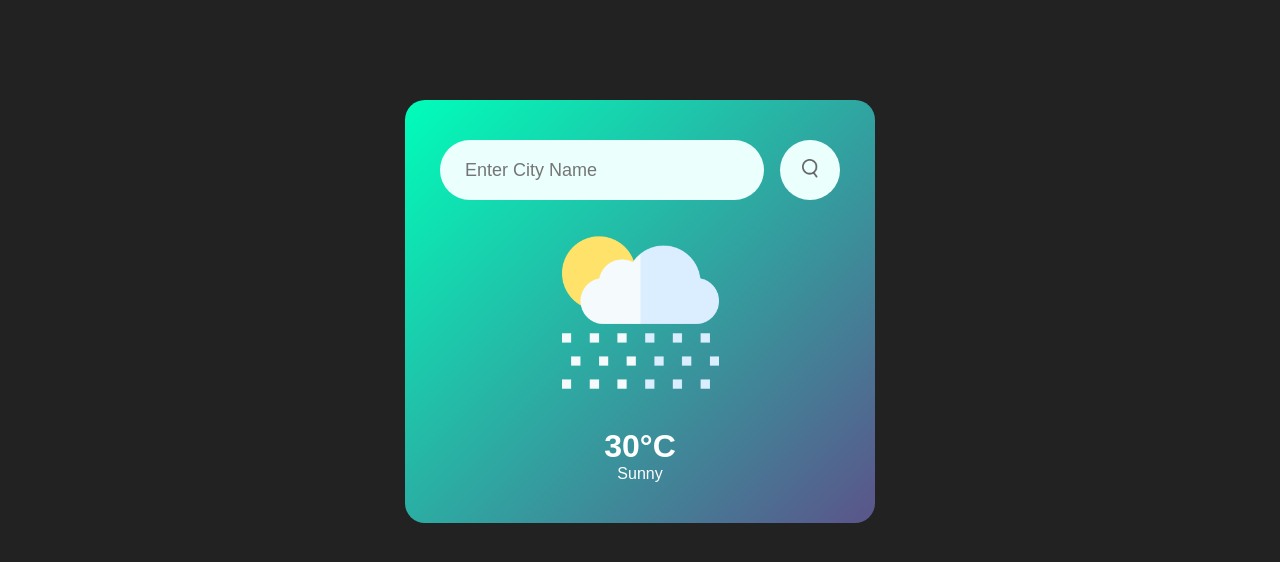
Repository: dubeprince/WeatherApp-Project
Page: WeatherApp/index.html
An editor plug-in stored every save of this project. The page is shown before and after the next save, followed by the edit.
The browser window is 1280 px wide. The pictures show the whole page.

Above is the page before, as saved 2023-05-26 10:57:39.

After the next save:
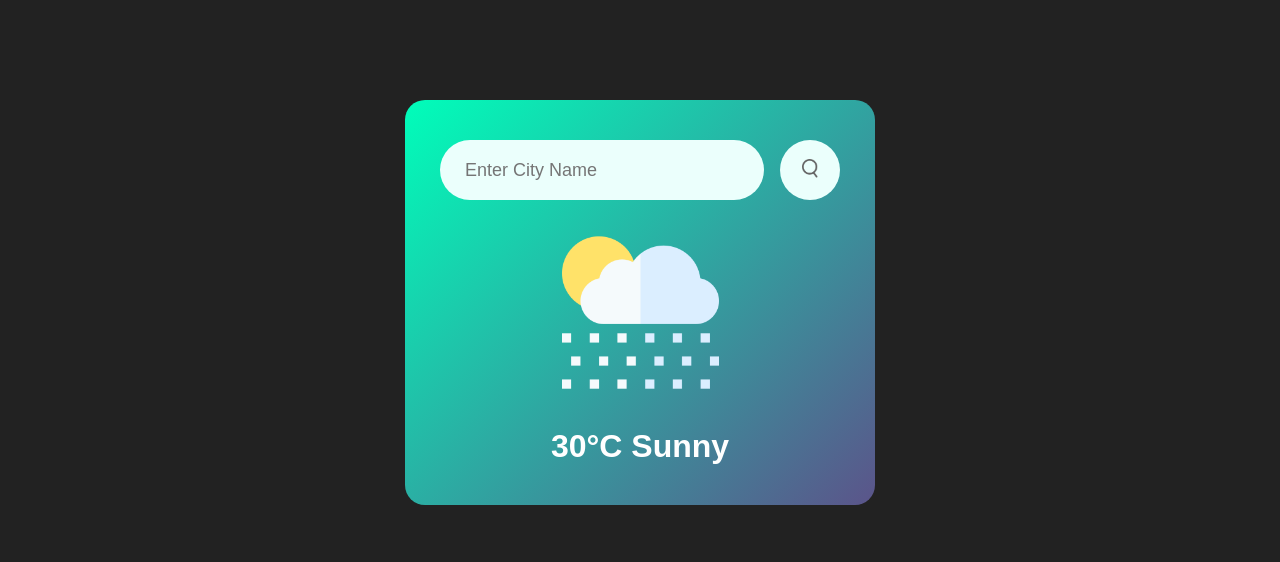
Saved 25 s later.
--- a/WeatherApp/index.html
+++ b/WeatherApp/index.html
@@ -16,8 +16,7 @@
         </div>
         <div class="weather">
             <img src="images/rain.png" class="weather-icon">
-            <h1 class="temp">30°C</h1>
-                Sunny</h1>
+            <h1 class="temp">30°C Sunny</h1>
         </div>
     </div>
 

After the 4 saves that followed:
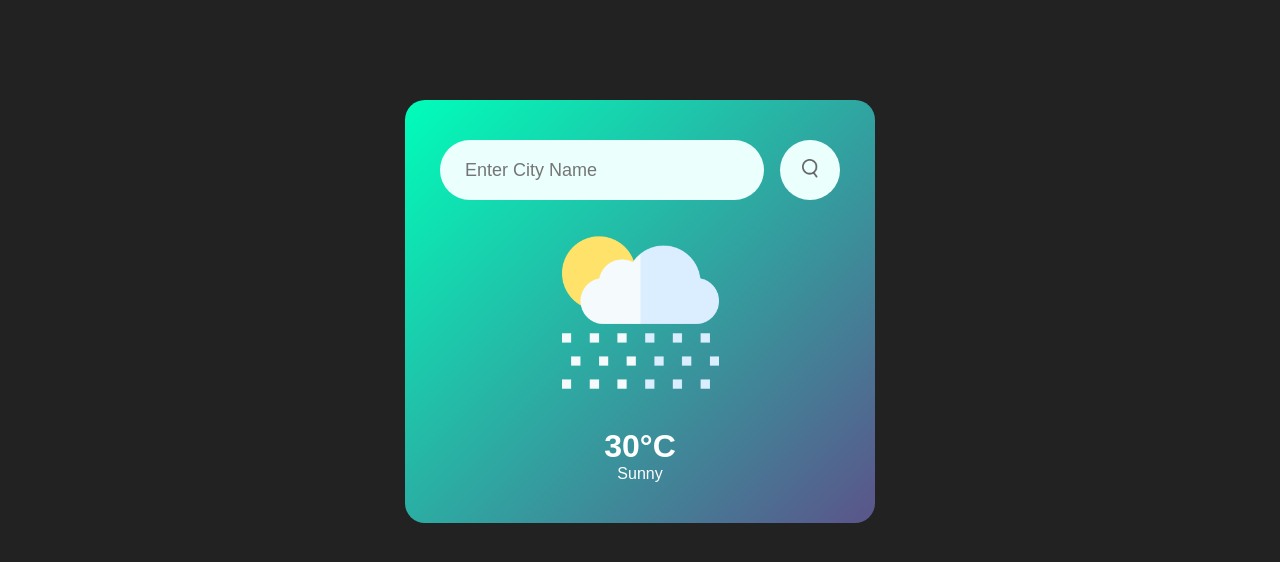
The 4 saves are shown as one change because 3 left the picture as it was.
The last was saved 49 s later.
--- a/WeatherApp/index.html
+++ b/WeatherApp/index.html
@@ -16,7 +16,8 @@
         </div>
         <div class="weather">
             <img src="images/rain.png" class="weather-icon">
-            <h1 class="temp">30°C Sunny</h1>
+            <h1 class="temp">30°C</h1>
+                Sunny</h1>
         </div>
     </div>
 
